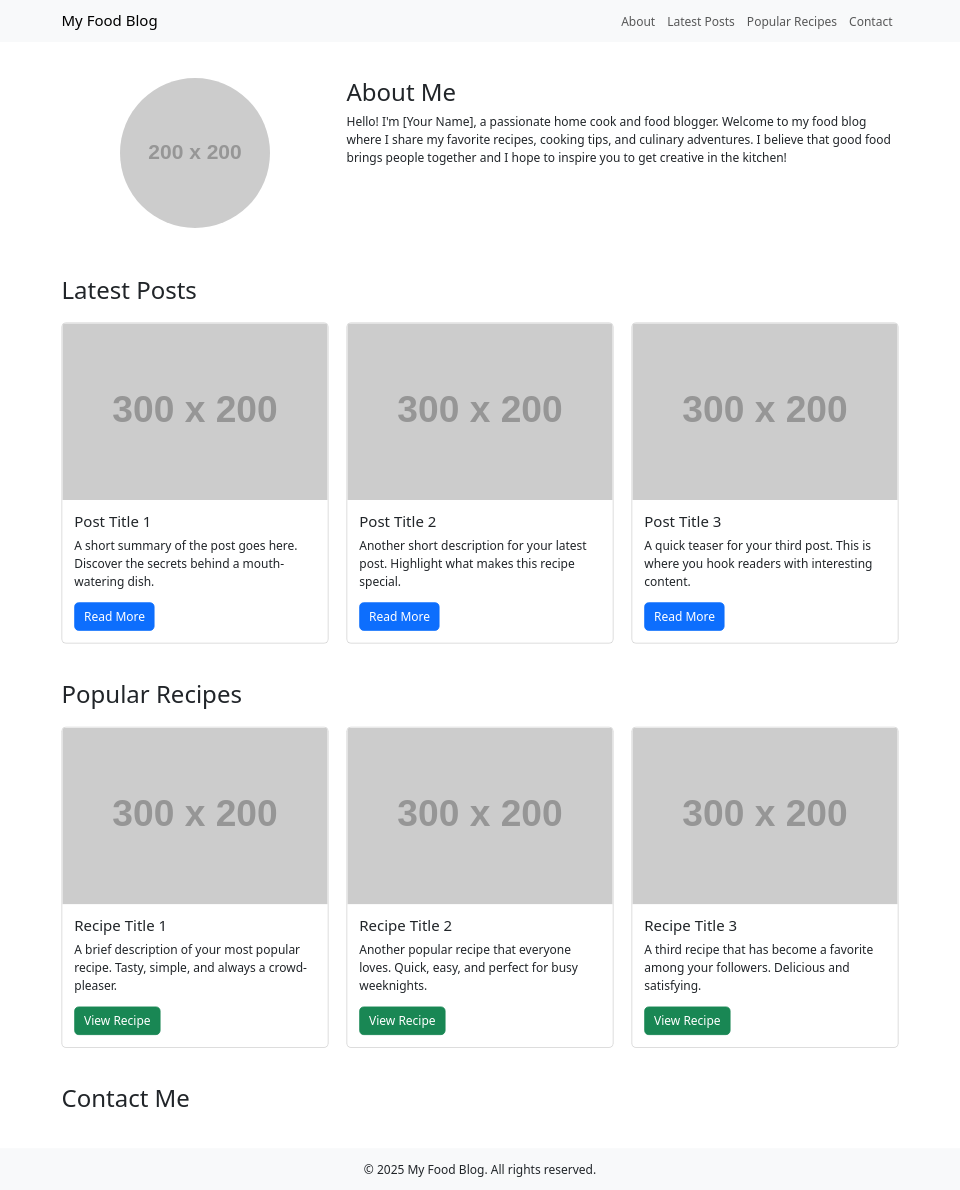
Repository: arunyerram/Web-TEChnologies
Page: 15.03.2025.html
An editor plug-in stored every save of this project. The page is shown before and after a run of saves, followed by the edit.
The browser window is 1280 px wide. The pictures show the whole page, at 75% of full size.

Above is the page before, as saved 2025-03-19 11:20:29.

After the next 3 saves:
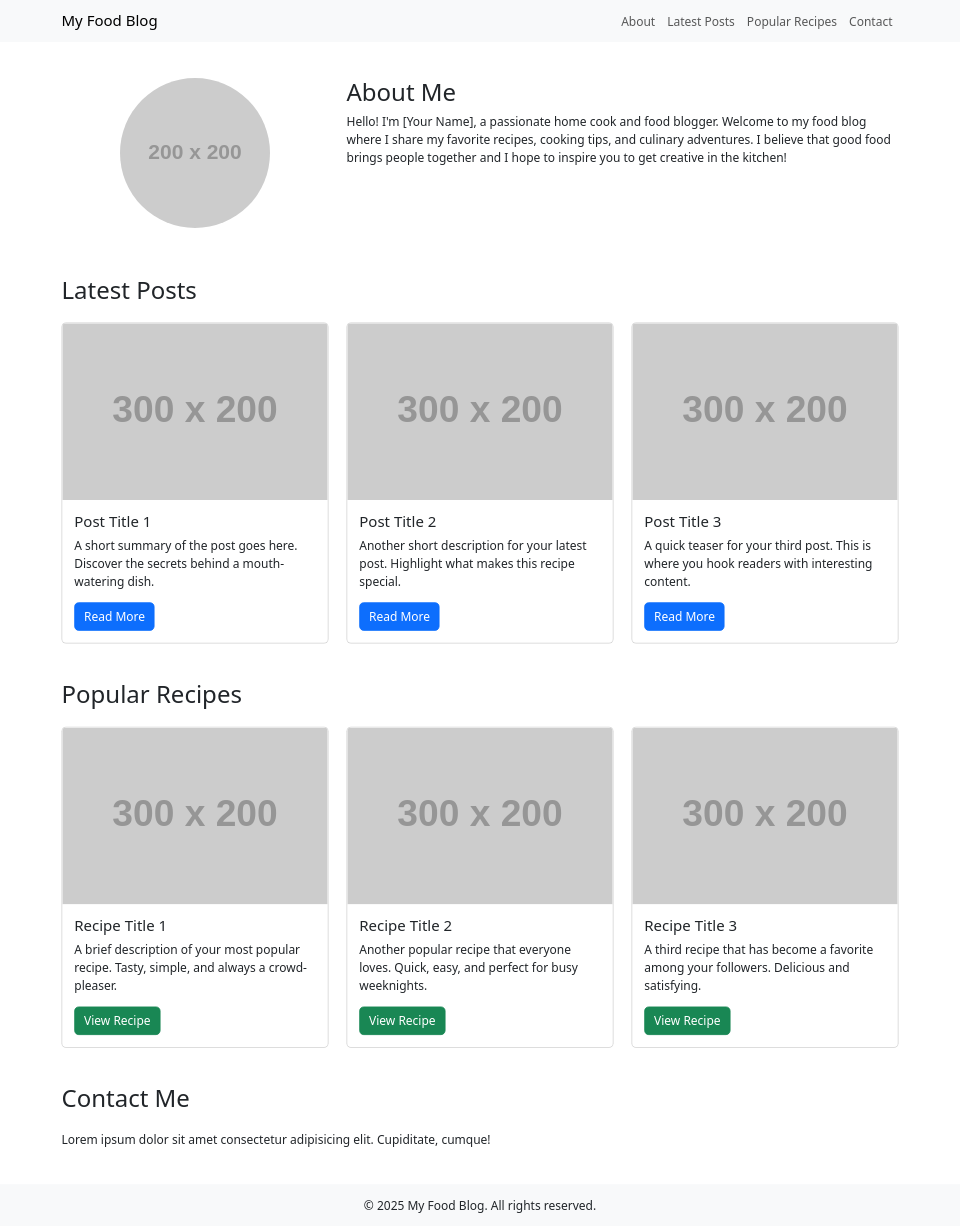
The 3 saves are shown as one change because they came seconds apart.
The last was saved 70 s later.
--- a/15.03.2025.html
+++ b/15.03.2025.html
@@ -201,7 +201,7 @@
     <!-- Contact Section -->
     <section id="contact">
       <h2 class="mb-4">Contact Me</h2>
-
+      <p>Lorem ipsum dolor sit amet consectetur adipisicing elit. Cupiditate, cumque!</p>
     </section>
 
   </main>
